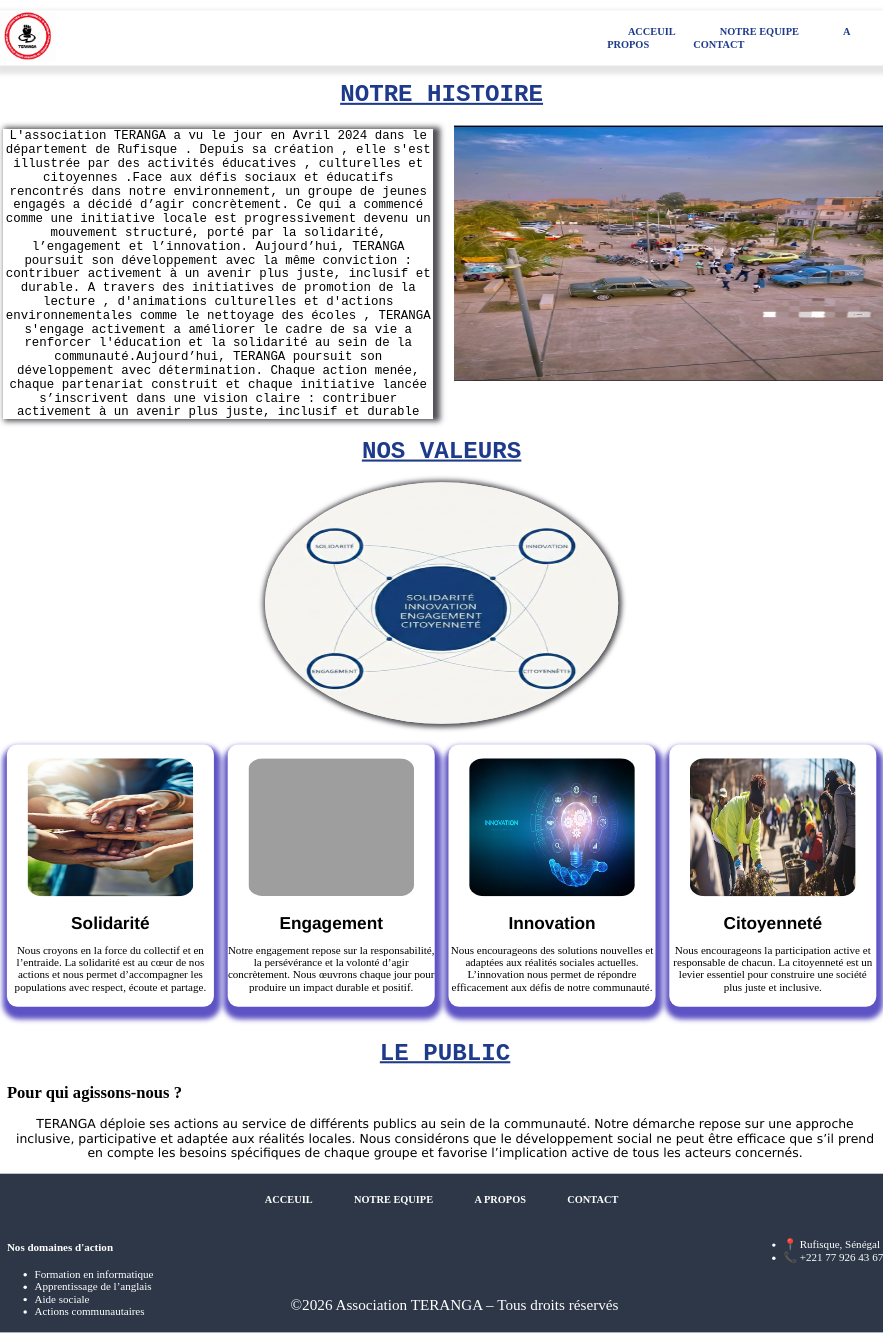
Repository: assanendao171/projet-teranga
Page: propos.html
An editor plug-in stored every save of this project. The page is shown before and after a run of saves, followed by the edit.
The browser window is 1280 px wide. The pictures show the whole page, at 69% of full size.
Pictures or frames that could not be fetched are drawn as grey boxes.

Above is the page before, as saved 2026-02-12 13:46:48.

After the next 2 saves:
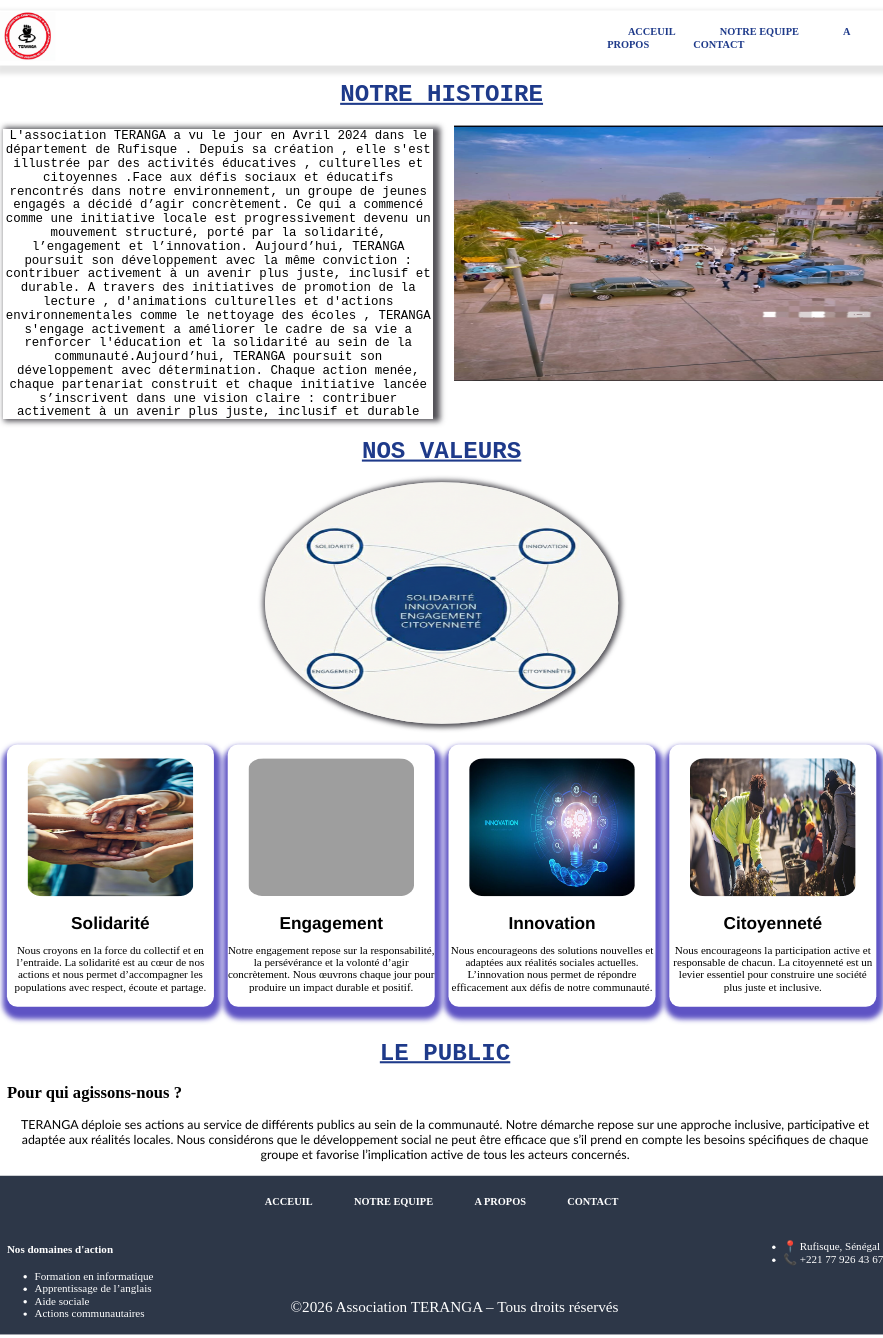
The 2 saves are shown as one change because they came seconds apart.
The last was saved 8 s later.
--- a/propos.css
+++ b/propos.css
@@ -206,5 +206,5 @@ text-decoration: underline;
 .p-public{
         text-align: center;
     font-size: 18px;
-font-family:'Lucida Sans', 'Lucida Sans Regular', 'Lucida Grande', 'Lucida Sans Unicode', Geneva, Verdana, sans-serif
-}
+font-family:'Trebuchet MS', 'Lucida Sans Unicode', 'Lucida Grande', 'Lucida Sans', Arial, sans-serif
+}
